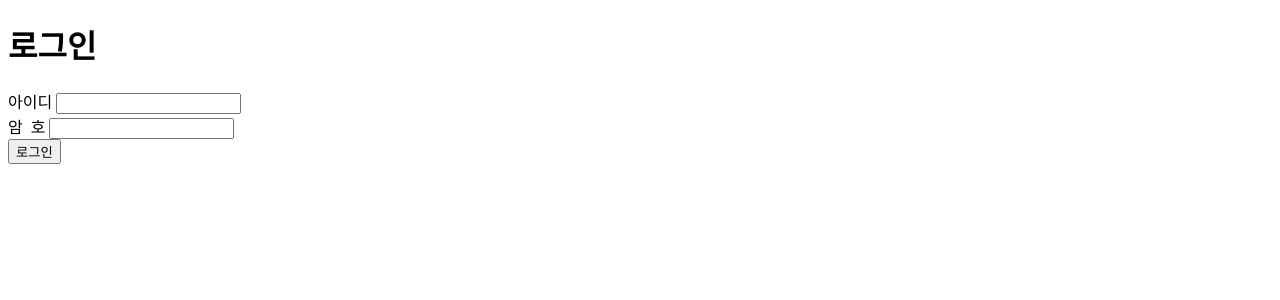
Repository: o3orr/jsp_study
Page: http://localhost/study/login.jsp
These files come from the project's save history. The page is drawn as it stood at one moment and after the next save; the edit follows.
The browser window is 1280 px wide. The pictures show the whole page.
The page is served by Tomcat 9. Other server files are loaded and not shown.

Above is the page before, as saved 2024-03-06 02:18:22.

### study/src/main/webapp/login.jsp
<%@ page language="java" contentType="text/html; charset=UTF-8"
    pageEncoding="UTF-8"%>
<!DOCTYPE html>
<html>
<head>
<meta charset="UTF-8">
<title>Insert title here</title>
</head>
<body>
<h1>로그인</h1>
	<form action="JoinServlet.java" method="post">
		<label for="id">아이디</label>
		<input type="text" name="id" id="id"><br>

		<label for="pwd">암&nbsp;&nbsp;호</label>
		<input type="text" name="pwd" id="pwd"><br>

		<input type="submit" value="로그인">
	</form>
</body>
</html>

After the next save:
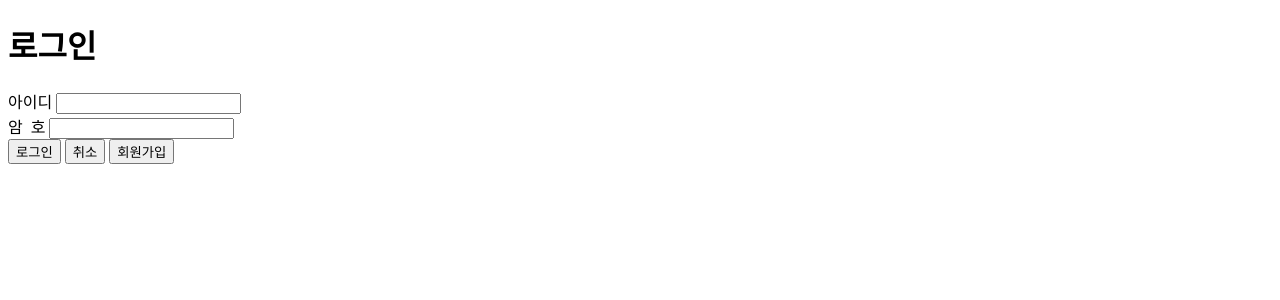
Saved 2 min 7 s later.
--- a/study/src/main/webapp/login.jsp
+++ b/study/src/main/webapp/login.jsp
@@ -16,6 +16,12 @@
 		<input type="text" name="pwd" id="pwd"><br>
 
 		<input type="submit" value="로그인">
+		<input type="reset" value="취소">
+
+		<form action="join.jsp">
+			<input type="button" value="회원가입">
+		</form>
+
 	</form>
 </body>
 </html>
